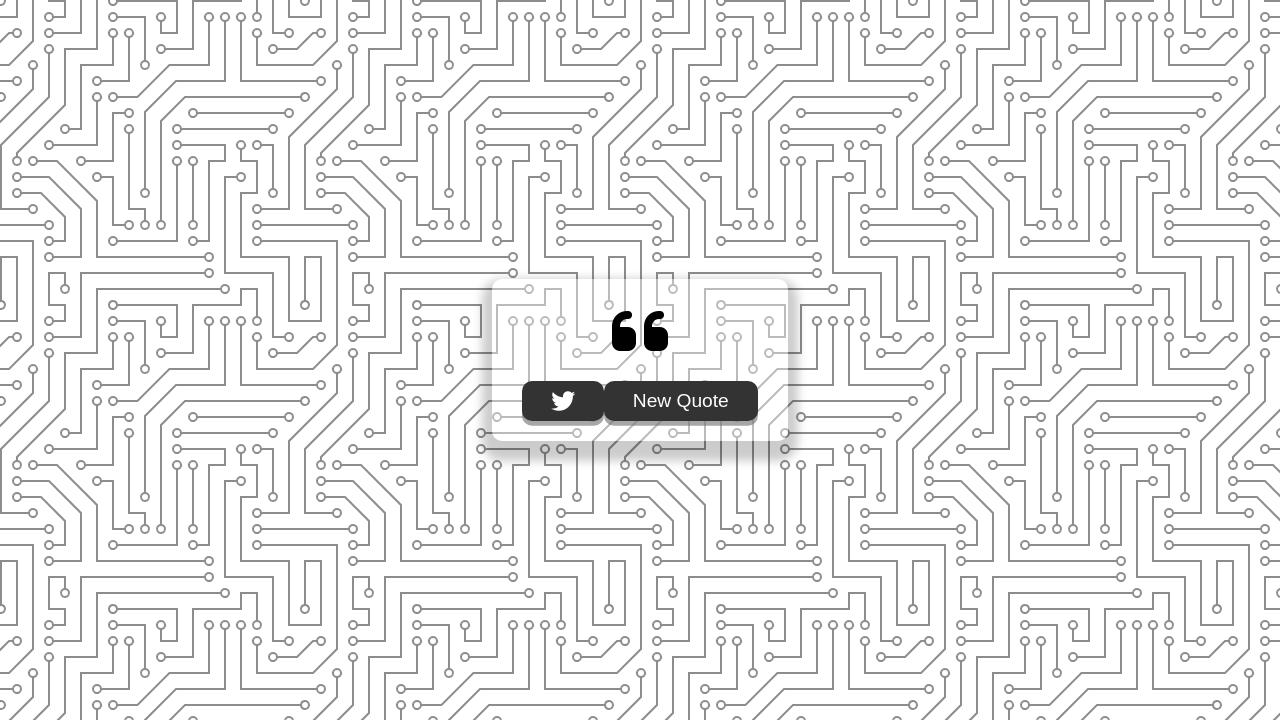
Repository: davidwood3/test-template
Page: .vscode/quote-generator/index.html
The author's editor kept a copy of each file at every save. The page is drawn from the files as they stood at one save, then again after the next save.
The browser window is 1280 px wide. The pictures show the whole page.
The page's requests for data from a server got no answer. Some web libraries are served in a nearby version.

Above is the page before, as saved 2023-07-26 17:05:42.
Console error: SyntaxError: Unexpected token '}'

### .vscode/quote-generator/index.html
<!DOCTYPE html>
<html lang="en">
<head>
    <meta charset="UTF-8">
    <meta name="viewport" content="width=device-width, initial-scale=1.0">
    <title>Quote Gererator</title>

    <script src="https://kit.fontawesome.com/f13702c793.js" crossorigin="anonymous"></script>

    <link rel="stylesheet" href="style.css"
</head>
<body>
    <div class="quote-container" id="quote-container">
        <!-- Quote -->
        <div class="quote-text">
            <i class="fas fa-quote-left"></i>
            <span id="quote"></span>
        </div>
        <!-- Author -->
        <div class="quote-author">
            <span id="author"></span>
        </div>
        <!-- Buttons -->
        <div class="button-container">
            <button class="twitter-button" id="twitter" title="Tweet This!">
                <i class="fa fa-twitter"></i>
            </button>
            <button id="new-quote">New Quote</button>
        </div>
    </div>

    <!-- spinning loader -->
    <div class="loader" id="loader"></div>

    <!-- Script  -->
   <script src="script.js"></script>
</body>
</html>

### .vscode/quote-generator/style.css
@import url('https://fonts.googleapis.com/css2?family=Montserrat&display=swap');

html {
    box-sizing: border-box;
}

body {
    margin: 0;
    min-height: 100vh;
    background-color: #ffffff;
    background-image: url("data:[embedded picture, 5330 characters]");
    color: #000;
    font-family: Montserrat, sans-serif;
    font-weight: 700;
    text-align: center;
    display: flex;
    align-items: center;
    justify-content: center;
}

.quote-container {
    width: auto;
    max-width: 900px;
    padding: 20px 30px;
    border-radius: 10px;
    background-color: rgba(255, 255, 255, 0.4);
    box-shadow: 0 10px 10px 10px rgba(0, 0, 0, 0.2);
}

.quote-text {
    font-size: 2.75rem
}

.long-quote {
    font-size: 2rem;
}

.fa-quote-left {
    font-size: 4rem;
}

.quote-author {
    margin-top: 15px;
    font-size: 2rem;
    font-weight: 400;
    font-style: italic;
}

.button-container {
    margin-top: 15px;
    display: flex;
    justify-content: space-between;
}

button {
    cursor: pointer;
    font-size: 1.2rem;
    height: 2.5rem;
    border: none;
    border-radius: 10px;
    color: #fff;
    background: #333;
    outline: none;
    padding: 0.5rem 1.8rem;
    box-shadow: 0 0.3rem rgba(121,121,121,0.65);
}

button:hover {
    filter: brightness(130%);
}

button:active {
    transform: translate(0, 0.3rem);
    color: red;
}

.twitter-button:hover {
    color: #38a1f3;
}

.fa-twitter {
    font-size: 1.5rem;
}


/* Media Query: Tablet or smaller */
@media screen and (max-width: 1000px) {
    .quote-container {
        margin: auto 10px;
    }
    .quote-text {
         font-size: 2.5rem;
    }
}

### .vscode/quote-generator/script.js
const quoteContainer = document.getElementById('quote-container');
const quoteText = document.getElementById('quote');
const authorText = document.getElementById('author');
const tweetBtn = document.getElementById('twitter');
const newQuoteBtn = document.getElementById('new-quote');
const loader = document.getElementById('loader');

let apiQuotes = [];

// Show loading() {

}

// Show New Quote
function newQuote() {
    // Pick a random quote from apiQuotes array
    const quote = apiQuotes[Math.floor(Math.random() * apiQuotes.length)];
    // Check if author field is blank
    if (!quote.author) {
        authorText.textContent = 'Unknown';
        } else {
            authorText.textContent = quote.author
        }

    quoteText.textContent = quote.text;}
    // if (quote.text.length > 50) {
    //     quoteText.classList.add('long-quote');
    // } else {
    //     quoteText.classList.remove('long-quote');
    // }


// Get Quotes From API
async function getQuotes() {
    const apiUrl = 'https://jacintodesign.github.io/quotes-api/data/quotes.json';
    try {
        const response = await fetch(apiUrl);
        apiQuotes = await response.json();
        console.log(apiQuotes)
        newQuote();
    } catch (err) {
        //  Catch Error Here
    }
}

// Tweet Quote
function tweetQuote() {
    const twitterUrl = `https://twitter.com/intent/tweet?text=${quoteText.textContent} - ${authorText.textContent}`;
    window.open(twitterUrl, '_blank');
}

// Event Listeners
newQuoteBtn.addEventListener('click',newQuote);
tweetBtn.addEventListener('click',tweetQuote);

// On load
getQuotes();

After the next save:
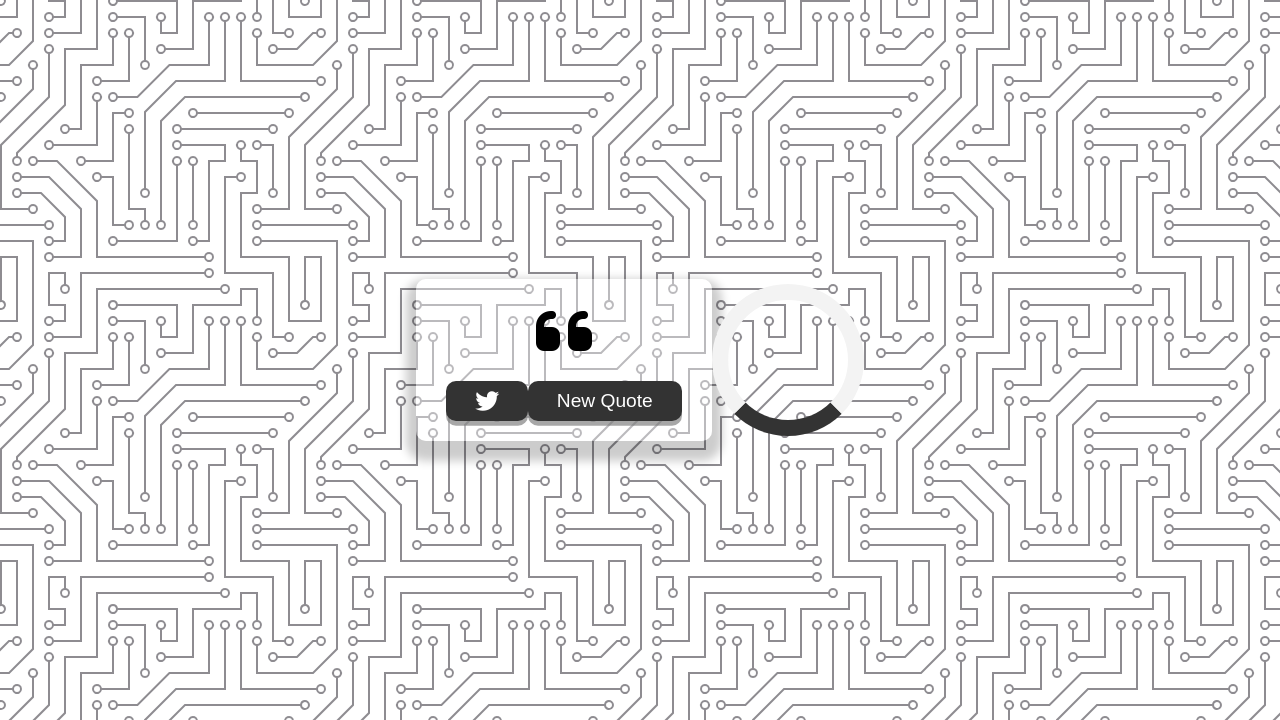
Saved 55 s later.
--- a/.vscode/quote-generator/style.css
+++ b/.vscode/quote-generator/style.css
@@ -82,6 +82,19 @@ button:active {
     font-size: 1.5rem;
 }
 
+.loader {
+    border: 16px solid #f3f3f3;
+    border-top: 16px solid #333;
+    border-radius: 50%;
+    width: 120px;
+    height: 120px;
+    animation: spin 2s linear infinite;
+}
+
+@keyframes spin {
+    0% { transform: rotate(0deg); }
+    100% {  transform: rotate(360deg)}
+}
 
 /* Media Query: Tablet or smaller */
 @media screen and (max-width: 1000px) {

After the 2 saves that followed:
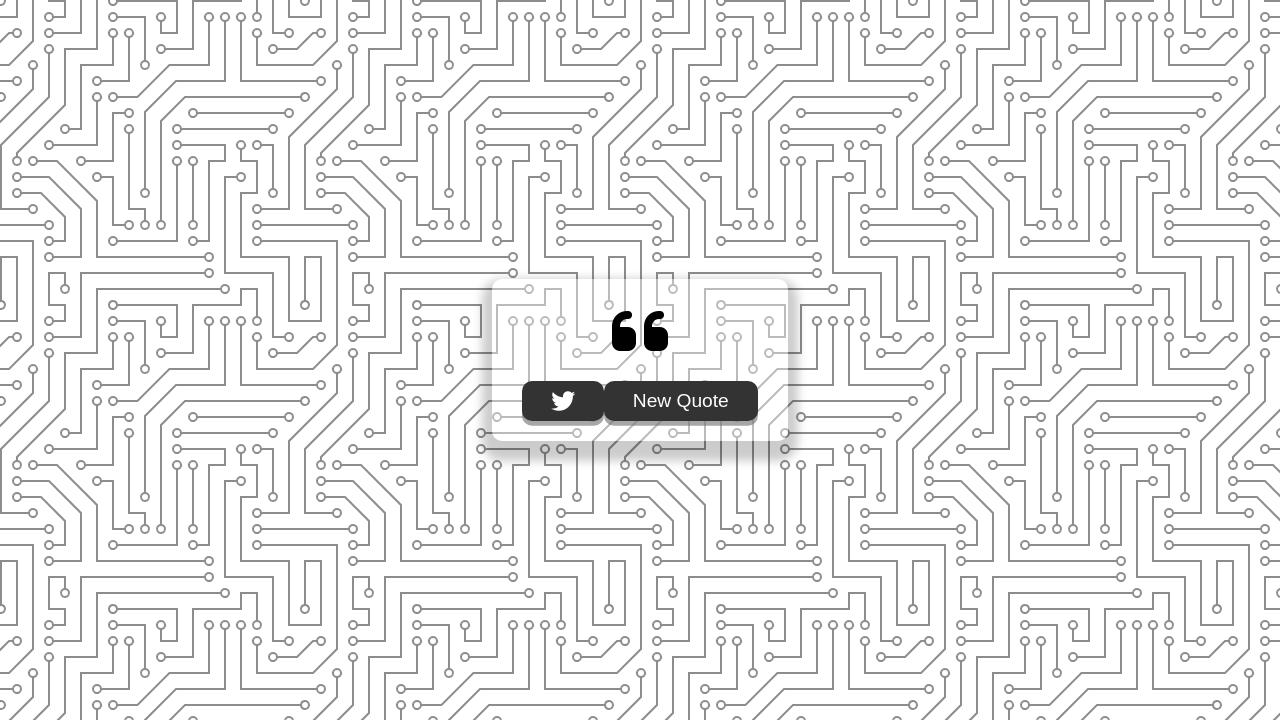
The error is gone.
The 2 saves are shown as one change because 1 left the picture as it was.
The last was saved 14 min 25 s later.
--- a/.vscode/quote-generator/script.js
+++ b/.vscode/quote-generator/script.js
@@ -7,12 +7,21 @@ const loader = document.getElementById('loader');
 
 let apiQuotes = [];
 
-// Show loading() {
+// Show loading
+function loading() {
+    loader.hidden = false;
+    quoteContainer.hidden = true;
+}
 
+// Hide loading
+function complete() {
+    quoteContainer.hidden = false;
+    loader.hidden = true;
 }
 
 // Show New Quote
 function newQuote() {
+    //loading();
     // Pick a random quote from apiQuotes array
     const quote = apiQuotes[Math.floor(Math.random() * apiQuotes.length)];
     // Check if author field is blank
@@ -28,7 +37,7 @@ function newQuote() {
     // } else {
     //     quoteText.classList.remove('long-quote');
     // }
-
+    complete();
 
 // Get Quotes From API
 async function getQuotes() {
@@ -36,7 +45,6 @@ async function getQuotes() {
     try {
         const response = await fetch(apiUrl);
         apiQuotes = await response.json();
-        console.log(apiQuotes)
         newQuote();
     } catch (err) {
         //  Catch Error Here
